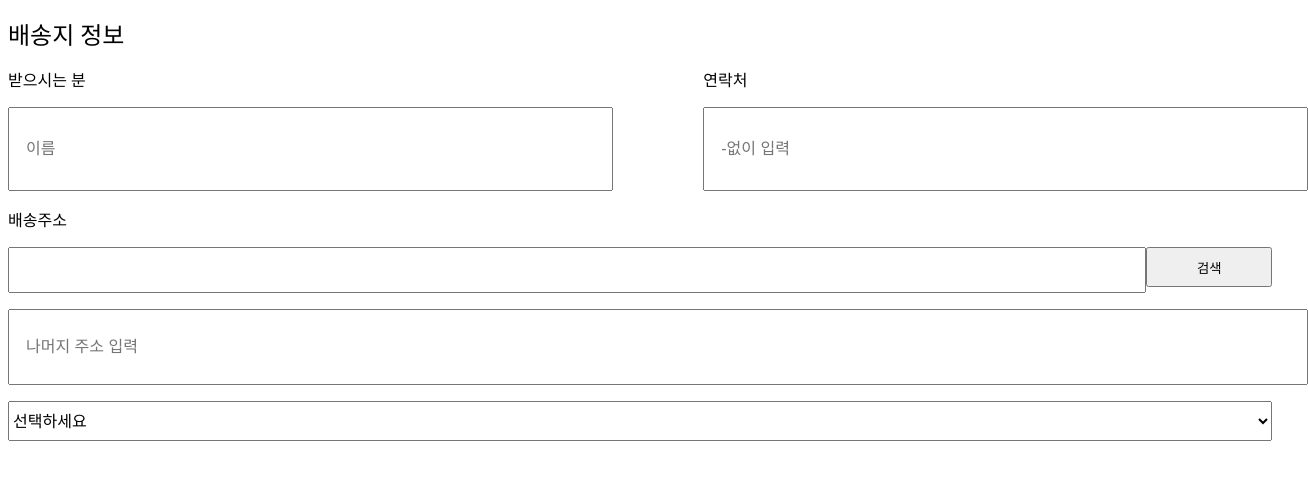
Repository: seungsu12/carrot
Page: http://localhost/carrot/order_form_second.jsp
These files come from the project's save history. The page is drawn as it stood at one moment and after the next save; the edit follows.
The browser window is 1280 px wide. The page is 1308 px wide, so the pictures cover 1308 px, including what lies to the right of the window. The pictures show the whole page.
The page is served by Tomcat 9. Other server files are loaded and not shown.

Above is the page before, as saved 2021-10-03 05:52:46.

### carrot/WebContent/order_form_second.jsp
<%@ page language="java" contentType="text/html; charset=UTF-8"
    pageEncoding="UTF-8"%>
<!DOCTYPE html>
<html>
<style>

	.deliver_title{
		margin: 1rem 0 1rem 0;
    	font-size: 1.5rem;
	}
	.deliver_content_first{
		display :flex;
		justify-content : space-between;
	}
	.deliver_content_first input{
		width: 100%;
		height: 3rem;
		font-size : 1rem;
		padding : 1rem;
		margin-top :1rem;
		margin-bottom : 1rem;
	}
	.deliver_content_addr{
		display:flex;
		margin-top : 1rem;
		margin-bottom :1rem;
	}
	.deliver_content_addr input{
		height: 2.5rem;
    	width: 90%;
	}
	.deliver_content_addr button{
		height: 2.5rem;
		width : 10%;
	}
	.deliver_content_firstblock{
		width :45%;
	}
	.deliver_content_firstblock div{
		width :100%;
	}

	.deliver_extra_addr_wrapper{
		width :100%;
	}
	.deliver_extra_addr_wrapper input{
		width: 100%;
		height: 2.5rem;
    	font-size: 1rem;
    	padding: 1rem;
	}
	.addr_option_wrapper{
		width:100%;
		margin : 1rem 0 1rem 0;
	}
	.addr_option_wrapper select{
		width: 100%;
		height: 2.5rem;
    	font-size: 1rem;

	}
	#hide_input{
		display : none;
		margin-top : 1rem;
		width: 100%;
		height: 2.5rem;
    	font-size: 1rem;
    	padding: 1rem;
	}
</style>



	<div class="order_form_second_wrapper">
		<div class="deliver_title">
			배송지 정보
		</div>
		<div class="deliver_content_first">
			<div class="deliver_content_firstblock">
				<span>받으시는 분</span>
				<div >
					<input type="text" placeholder="이름">
				</div>
			</div>
			<div class="deliver_content_firstblock">
				<span>연락처</span>
				<div>
					<input type="text" placeholder="-없이 입력">
				</div>
			</div>

		</div>
		<div class="deliver_content_second">
			<span>배송주소</span>
			<div class="deliver_content_addr">
				<input type="text" id="order_address">
				<button onclick="sample4_execDaumPostcode()">검색</button>
			</div>
		</div>
		<div class="deliver_extra_addr_wrapper">
			<input type="text" id="detail_delivery" placeholder="나머지 주소 입력">
		</div>

	</div>
	<div class="addr_option_wrapper">
		<select name="" id="direct_input_button" onchange='direct_input_event(this.value)'>
			<option value="" selected disabled>선택하세요</option>
			<option value="contact">배송시 연락 부탁드립니다.</option>
			<option value="door">문 앞에두어주세요</option>
			<option  id="" value="direct">직접입력</option>

		</select>
		<input type="text" id="hide_input" placeholder="배송메모를 입력하여 주세요.">
	</div>


	<script>
	const direct_input_button = document.getElementById('direct_input_button');
	const hide_input = document.getElementById('hide_input');

	function direct_input_event(value){
		if(value == 'direct'){

			hide_input.style.display = 'block';
		}
		else{
			hide_input.style.display = 'none';
			hide_input.innerHTML ='';
		}
	}
	function sample4_execDaumPostcode() {
        new daum.Postcode({
            oncomplete: function(data) {

                var roadAddr = data.roadAddress; // 도로명 주소 변수
                document.getElementById("order_address").value = roadAddr;

            }
        }).open();
    }
	</script>
</html>

After the next save:
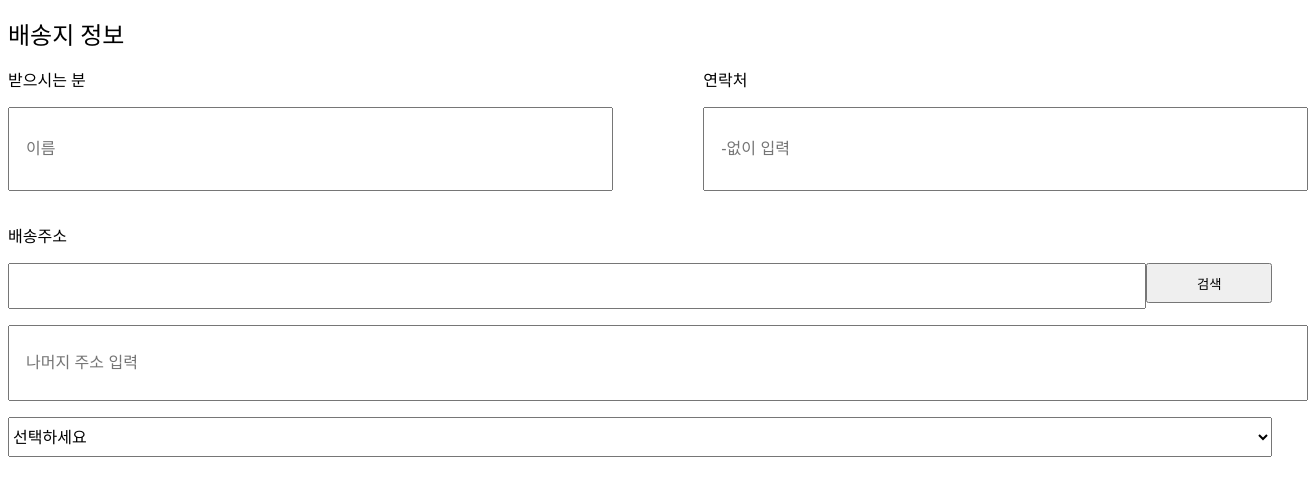
Saved 2 min 16 s later.
--- a/carrot/WebContent/order_form_second.jsp
+++ b/carrot/WebContent/order_form_second.jsp
@@ -11,6 +11,7 @@
 	.deliver_content_first{
 		display :flex;
 		justify-content : space-between;
+		margin-bottom :1rem;
 	}
 	.deliver_content_first input{
 		width: 100%;
@@ -57,6 +58,7 @@
 		width: 100%;
 		height: 2.5rem;
     	font-size: 1rem;
+    	margin-bottom :1rem;
 
 	}
 	#hide_input{
